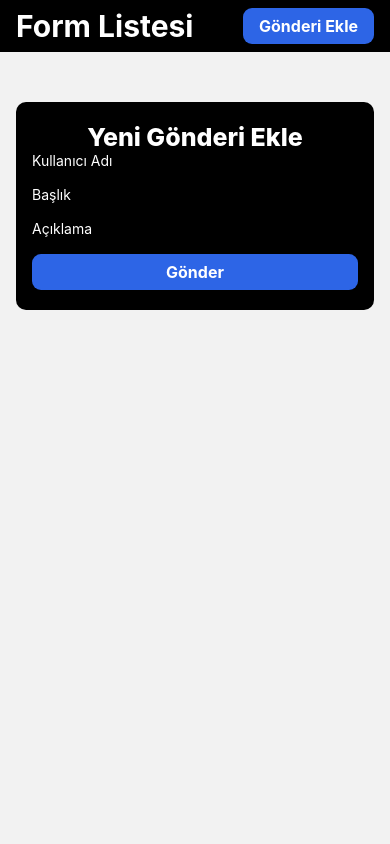
Repository: Kubraaygun/FirebaseRN
Screen: /
These files come from the project's save history. The screen is drawn as it stood at one moment and after the next save; the edit follows.
The app was drawn by React Native's web renderer in a window 390 px wide. The project was rebuilt for these pictures with package versions that can differ from the ones it lists, and the page was loaded fresh each time. Also part of the build but not shown: src/screens/ListPost/ListPostView.jsx, src/screens/ListPost/ListPostController.jsx.

Above is the screen before, as saved 2025-01-20 20:48:47.

### App.js
import {SafeAreaView, StyleSheet, Text, View} from 'react-native';
import React, {useState} from 'react';
import {createNativeStackNavigator} from '@react-navigation/native-stack';
import {NavigationContainer} from '@react-navigation/native';
import ListPostController from './src/screens/ListPost/ListPostController';
import AddPostController from './src/screens/AddPost/AddPostController';
import AppBar from './src/screens/component/AppBar';

const App = () => {
  const [activePage, setActivePage] = useState('Gönderiler');
  const Stack = createNativeStackNavigator();
  return (
    <SafeAreaView style={{flex: 1}}>
      <NavigationContainer>
        <AppBar activePage={activePage} setActivePage={setActivePage} />
        <Stack.Navigator
          screenOptions={{headerShown: false}}
          initialRouteName="AddPost">
          <Stack.Screen name="ListPost" component={ListPostController} />
          <Stack.Screen name="AddPost" component={AddPostController} />
        </Stack.Navigator>
      </NavigationContainer>
    </SafeAreaView>
  );
};

export default App;

const styles = StyleSheet.create({});

### src/screens/AddPost/AddPostController.jsx
import {StyleSheet, Text, View} from 'react-native';
import React from 'react';
import AddPostView from './AddPostView';

const AddPostController = () => {
  return <AddPostView />;
};

export default AddPostController;

const styles = StyleSheet.create({});

### src/screens/component/AppBar.jsx
import {StyleSheet, Text, View} from 'react-native';
import React from 'react';
import CustomButton from './CustomButton';
import {useNavigation} from '@react-navigation/native';

const AppBar = ({activePage, setActivePage}) => {
  const navigation = useNavigation();
  return (
    <View style={styles.container}>
      <Text style={styles.title}>Form Listesi</Text>
      {activePage === 'Gönderiler' ? (
        <CustomButton
          buttonTitle={'Gönderi Ekle'}
          onPress={() => {
            setActivePage('Gönderi Ekle');
            navigation.navigate('AddPost');
          }}
        />
      ) : (
        <CustomButton
          buttonTitle={'Gönderi Listesi'}
          onPress={() => {
            setActivePage('Gönderiler');
            navigation.navigate('ListPost');
          }}
        />
      )}
    </View>
  );
};

export default AppBar;

const styles = StyleSheet.create({
  container: {
    backgroundColor: '#000000',
    flexDirection: 'row',
    justifyContent: 'space-between',
    paddingHorizontal: 16,
    paddingVertical: 8,
    alignItems: 'center',
  },
  title: {
    color: 'white',
    fontSize: 30,
    fontWeight: '700',
  },
});

### src/screens/AddPost/AddPostView.jsx
import {StyleSheet, Text, TextInput, View} from 'react-native';
import React from 'react';
import CustomButton from '../component/CustomButton';

const AddPostView = () => {
  return (
    <View style={styles.form}>
      <Text style={styles.formTitle}>Yeni Gönderi Ekle</Text>
      <View style={styles.inputGroup}>
        <Text style={styles.label}>Kullanıcı Adı</Text>
        <TextInput style={styles.input} placeholder="Kullanici Adi" />
      </View>

      <View style={styles.inputGroup}>
        <Text style={styles.label}>Başlık</Text>
        <TextInput style={styles.input} placeholder="Başlık" />
      </View>

      <View style={styles.inputGroup}>
        <Text style={styles.label}>Açıklama</Text>
        <TextInput style={styles.input} placeholder="Açıklama" />
      </View>

      <CustomButton buttonTitle={'Gönder'} />
    </View>
  );
};

export default AddPostView;

const styles = StyleSheet.create({
  form: {
    backgroundColor: 'black',
    marginVertical: 50,
    marginHorizontal: 16,
    paddingHorizontal: 16,
    paddingVertical: 20,
    borderRadius: 10,
  },
  formTitle: {
    color: '#FFFFFF',
    textAlign: 'center',
    fontSize: 25,
    fontWeight: '800',
  },
  label: {
    color: '#FFFFFF',
  },
});

### src/screens/component/CustomButton.jsx
import {StyleSheet, Text, TouchableOpacity, View} from 'react-native';
import React from 'react';

const CustomButton = ({buttonTitle, onPress}) => {
  return (
    <TouchableOpacity onPress={onPress} style={styles.buttonContainer}>
      <Text style={styles.buttonTitle}>{buttonTitle}</Text>
    </TouchableOpacity>
  );
};

export default CustomButton;

const styles = StyleSheet.create({
  buttonContainer: {
    backgroundColor: '#2D65E6',
    paddingHorizontal: 16,
    paddingVertical: 8,
    borderRadius: 9,
    alignItems: 'center',
    justifyContent: 'center',
  },
  buttonTitle: {
    color: '#ffffff',
    fontSize: 16,
    fontWeight: '700',
  },
});

After the next save:
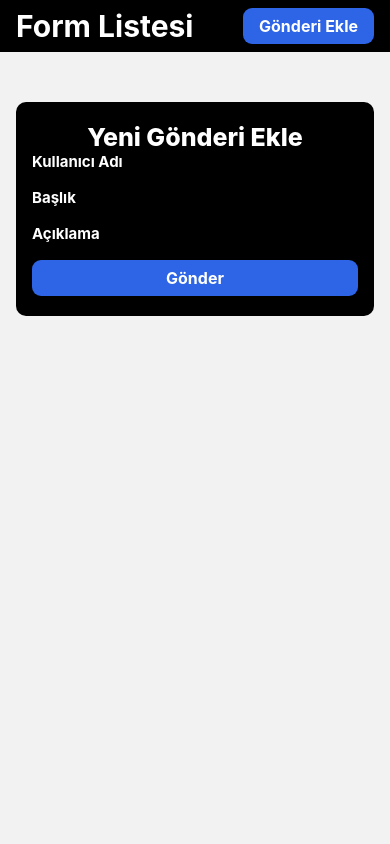
Saved 15 s later.
--- a/src/screens/AddPost/AddPostView.jsx
+++ b/src/screens/AddPost/AddPostView.jsx
@@ -45,5 +45,7 @@ const styles = StyleSheet.create({
   },
   label: {
     color: '#FFFFFF',
+    fontSize: 15,
+    fontWeight: '700',
   },
 });
